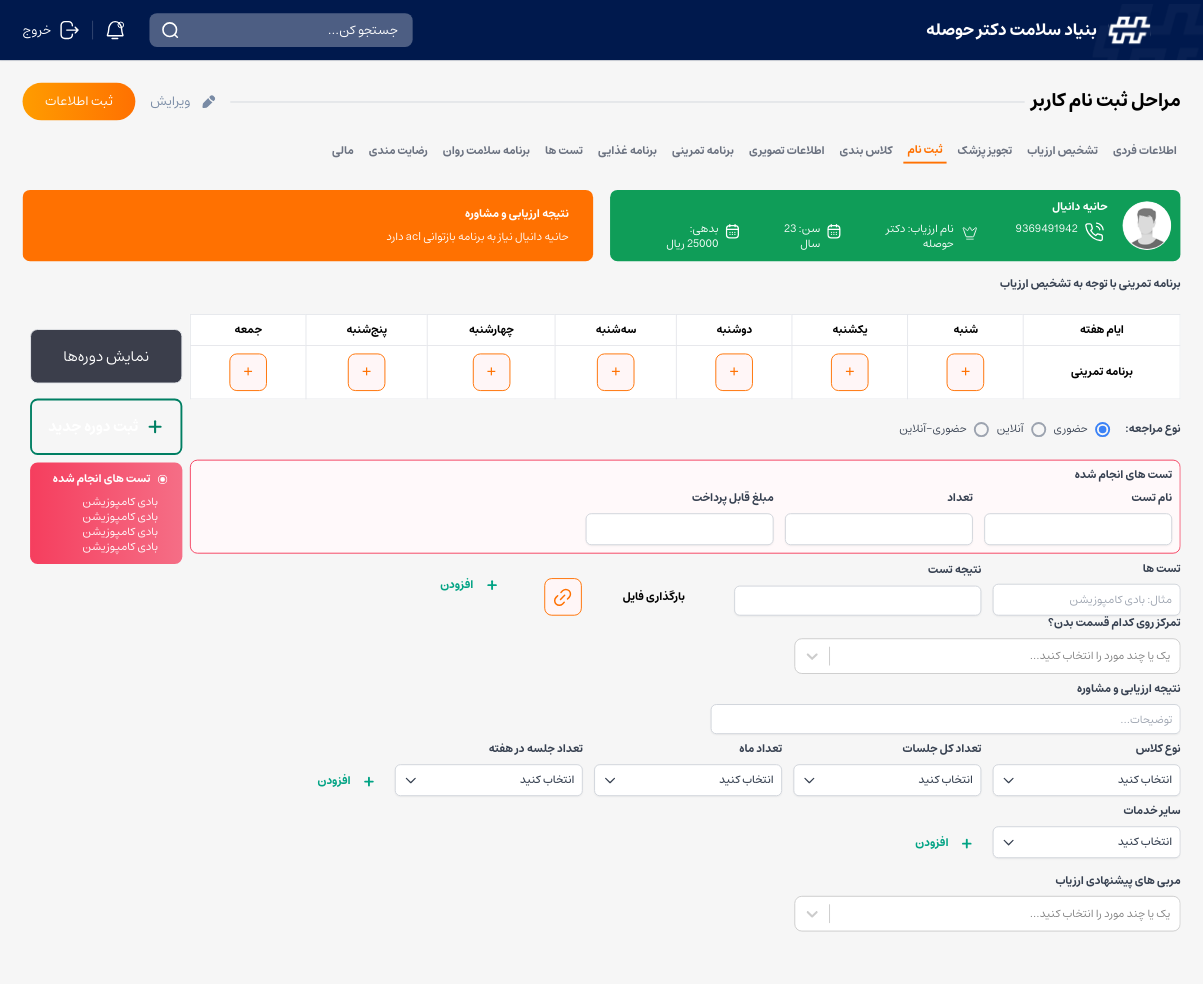
Repository: mirnajafi/ERP_hoseleh_V1.0
Page: /register, after clicking the first element matching `div.flex > :nth-child(4)`
These files come from the project's save history. The page is drawn as it stood at one moment and after the next save; the edit follows.
The browser window is 1280 px wide. The pictures show the whole page, at 94% of full size.
Some web fonts or font styles are not loaded; a fallback is used. The project was rebuilt for these pictures with package versions that can differ from the ones it lists, and the page was loaded fresh each time. The framework's server and built-in components were replaced by stand-ins that run in the browser. Also part of the build but not shown: next.config.mjs, src/components/icons/trash.tsx, src/components/weekTable/weekTable.css, src/components/icons/copy.tsx, src/components/recognitionEvaluator/recognitionEvaluator.tsx.

Above is the page before, as saved 2025-02-28 23:52:05.

After the next save:
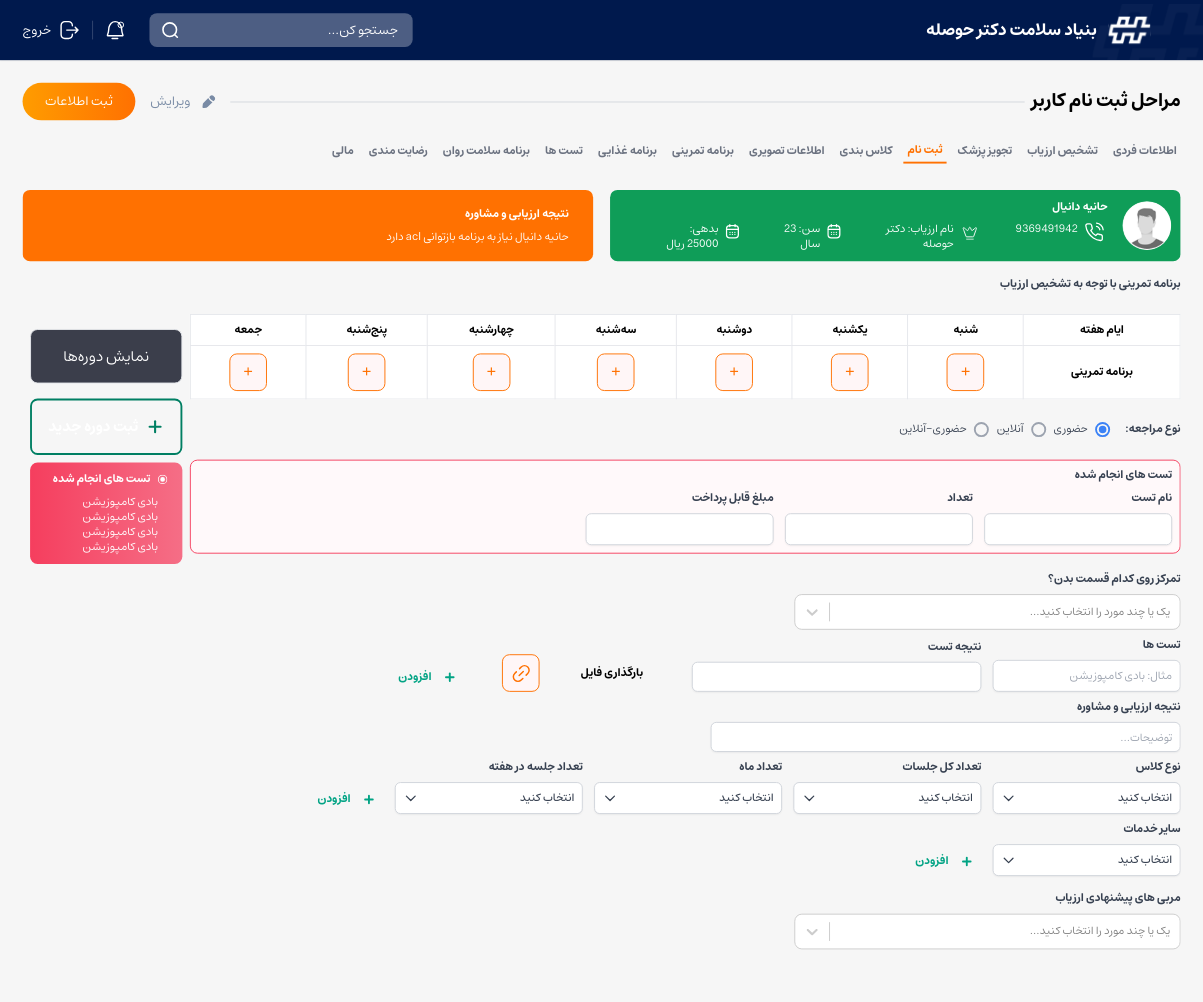
Saved 13 s later.
--- a/src/components/registration/registration.tsx
+++ b/src/components/registration/registration.tsx
@@ -109,25 +109,6 @@ const Registration = () => {
                             />
                         </div>
                     </div>
-
-                    <div className="flex flex-col xl:flex-row w-full xl:items-end xl:justify-right ">
-                        <Input
-                            label="تست ها"
-                            type="text"
-                            value={''}
-                            onChange={() => { }}
-                            placeholder="مثال: بادی کامپوزیشن "
-                        />
-                        <InputDescription
-                            label="نتیجه تست"
-                            value={''}
-                            placeholder=""
-                            className="xl:w-1/4 max-w-[500px]"
-                        />
-
-                        <FileUploader onFileUpload={handleFileUpload} accept="image/*" multiple />
-                        <TransparentBtn label='افزودن' />
-                    </div>
                 </div>
 
                 <div className="w-1/6 p-2 flex flex-col">
@@ -167,7 +148,24 @@ const Registration = () => {
                     }}
                 />
             </div>
-
+            <div className="flex flex-col xl:flex-row w-full xl:items-end xl:justify-right ">
+                <Input
+                    label="تست ها"
+                    type="text"
+                    value={''}
+                    onChange={() => { }}
+                    placeholder="مثال: بادی کامپوزیشن "
+                />
+                <InputDescription
+                    label="نتیجه تست"
+                    value={''}
+                    placeholder=""
+                    className="xl:w-1/4 max-w-[500px]"
+                />
+
+                <FileUploader onFileUpload={handleFileUpload} accept="image/*" multiple />
+                <TransparentBtn label='افزودن' />
+            </div>
             <div className="flex flex-col xl:flex-row w-full xl:items-end xl:justify-right ">
 
                 <InputDescription
